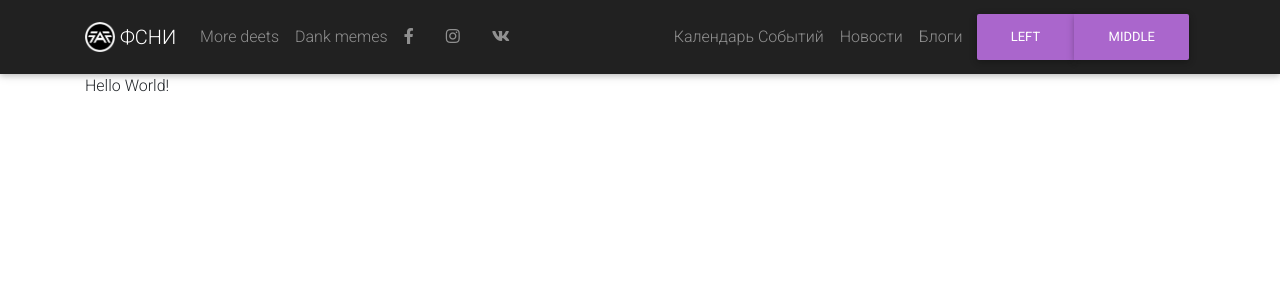
Repository: alexey1986/fsni_test
Page: /
These files come from the project's save history. The page is drawn as it stood at one moment and after the next save; the edit follows.
The browser window is 1280 px wide. The pictures show the whole page.
The project was rebuilt for these pictures with package versions that can differ from the ones it lists, and the page was loaded fresh each time.

Above is the page before, as saved 2020-08-27 21:26:35.

After the next save:
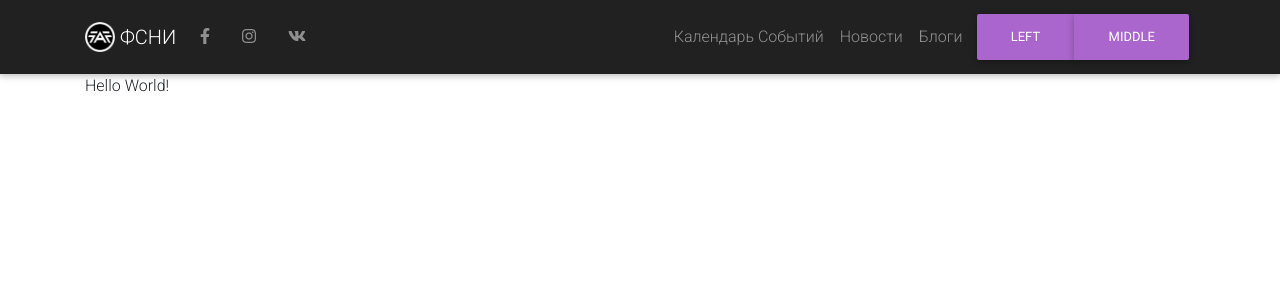
Saved 9 s later.
--- a/src/components/nav/NavBar.jsx
+++ b/src/components/nav/NavBar.jsx
@@ -22,13 +22,7 @@
                     </Navbar.Brand>
                     <Navbar.Toggle aria-controls="basic-navbar-nav" />
                     <Navbar.Collapse id="basic-navbar-nav">
-                        <Nav className="mr-auto" >
-                            <Nav.Link href="#deets">More deets</Nav.Link>
-                            <Nav.Link href="#memes">
-                                Dank memes
-                            </Nav.Link>
-                            <SocialButtons />
-                        </Nav>
+                        <SocialButtons />
                         <Nav>
                             <Nav.Link as={NavLink} to='/calendar'>Календарь Событий</Nav.Link>
                             <Nav.Link as={NavLink} to='/news'>Новости</Nav.Link>
